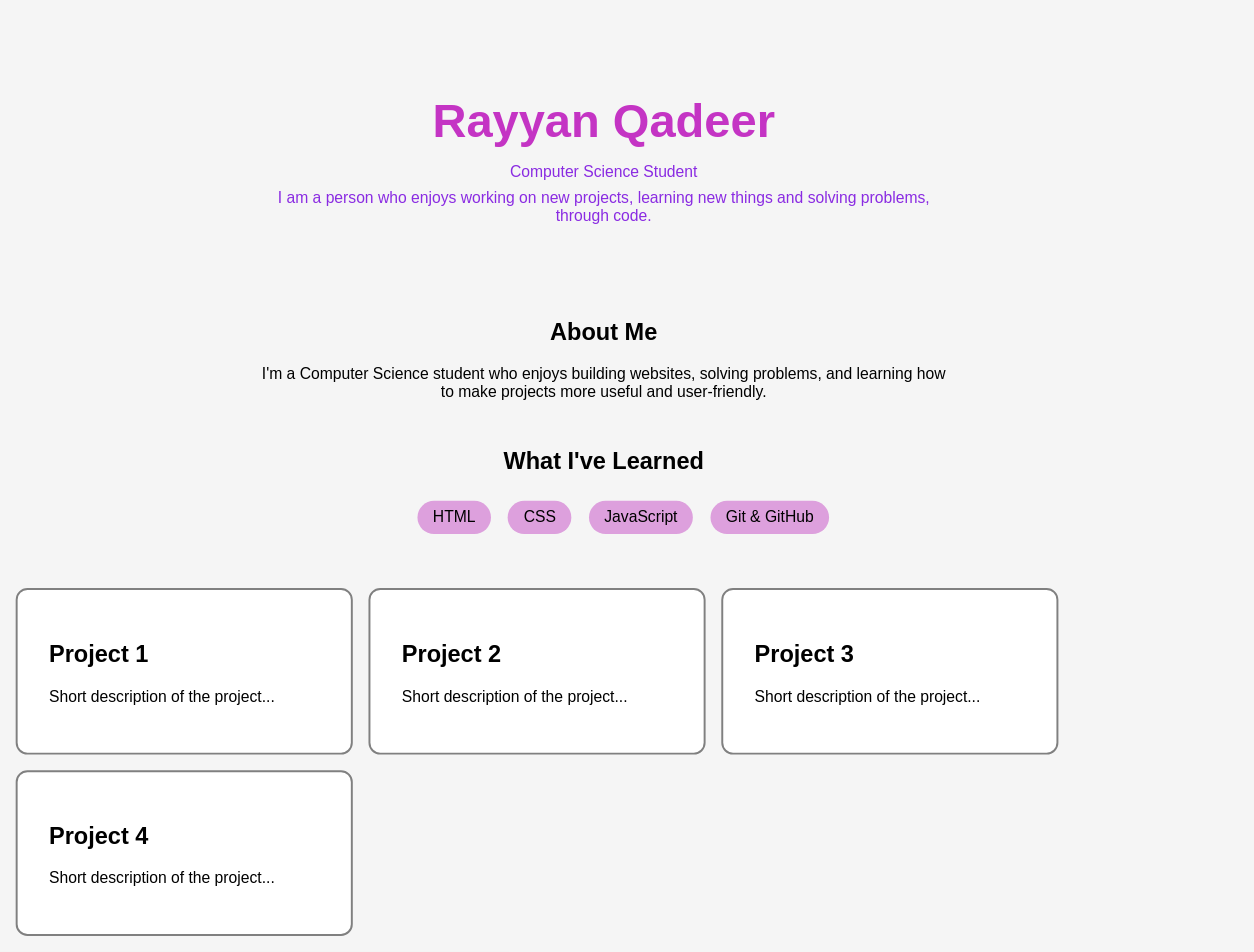
Repository: rayyan-qadeer/rayyan-qadeer
Page: index.html
These files come from the project's save history. The page is drawn as it stood at one moment and after a run of saves; the edit follows.
The browser window is 1280 px wide. The pictures show the whole page, at 98% of full size.

Above is the page before, as saved 2026-05-06 03:10:27.

### index.html
<!doctype html>
<html lang="en">
  <head>
    <meta charset="UTF-8" />
    <meta name="viewport" content="width=device-width, initial-scale=1.0" />
    <title>Rayyan Qadeer Portfolio</title>
    <link rel="stylesheet" href="./styles/globals.css" />
    <link rel="stylesheet" href="./styles/index.css" />
  </head>
  <body>
    <main>
      <header>
        <h1>Rayyan Qadeer</h1>
        <p class="subtitle">Computer Science Student</p>
        <p class="description">
          I am a person who enjoys working on new projects, learning new things and solving problems, through code.
        </p>
      </header>

      <section class ="about">
        <h2>About Me</h2>
        <p>I'm a Computer Science student who enjoys building websites, solving problems, and learning how to make projects more useful and user-friendly.
        </p>
      </section>

      <section class ="skills">
        <h2>What I've Learned</h2>
        <ul>
          <li>HTML</li>
          <li>CSS</li>
          <li>JavaScript</li>
          <li>Git & GitHub</li>
        </ul>
      </section>

      <section class="projects">
        <article class="card">
          <h2>Project 1</h2>
          <p>Short description of the project...</p>
        </article>

        <article class="card">
          <h2>Project 2</h2>
          <p>Short description of the project...</p>
        </article>

        <article class="card">
          <h2>Project 3</h2>
          <p>Short description of the project...</p>
        </article>

        <article class="card">
          <h2>Project 4</h2>
          <p>Short description of the project...</p>
        </article>
      </section>
    </main>
  </body>
</html>

### styles/globals.css
body {
    margin: 0rem;
    font-family: Arial, Helvetica, sans-serif;
    background-color: whitesmoke;
    color: black;
}

### styles/index.css
main {
  padding: 1rem;
  max-width: 1200px;
  margin: 0rem;
}

header {
  text-align: center;
  margin-bottom: 3rem;
  padding: 3rem 1rem;
}

header h1 {
  font-size: 3rem;
  margin-bottom: 0.5rem;
  color: rgb(196, 52, 196);
}

.subtitle {
  color: blueviolet;
  margin-bottom: 0.5rem;
}

.description {
  max-width: 43.75rem;
  margin: 0 auto;
  color: blueviolet;
}

.about,
.skills {
  text-align: center;
  max-width: 43.75rem;
  margin: 3rem auto;
}

.skills li {
  display: inline-block;
  margin: 0.4rem;
  padding: 0.5rem 1rem;
  background-color: plum;
  border-radius: 1.25rem;
}

.projects {
  display: flex;
  flex-direction: column;
  gap: 1rem;
}

.card {
  background-color: white;
  padding: 2rem;
  border-radius: 12px;
  border: 2px solid gray;
}

.card:hover {
  transform: translateY(-4px);
  background-color: plum;
}

@media (min-width: 768px) {
  .projects {
    flex-direction: row;
    flex-wrap: wrap;
  }

  .card {
    width: 48%;
  }
}

@media (min-width: 1024px) {
  .card {
    width: 23%;
  }
}

After the next 3 saves:
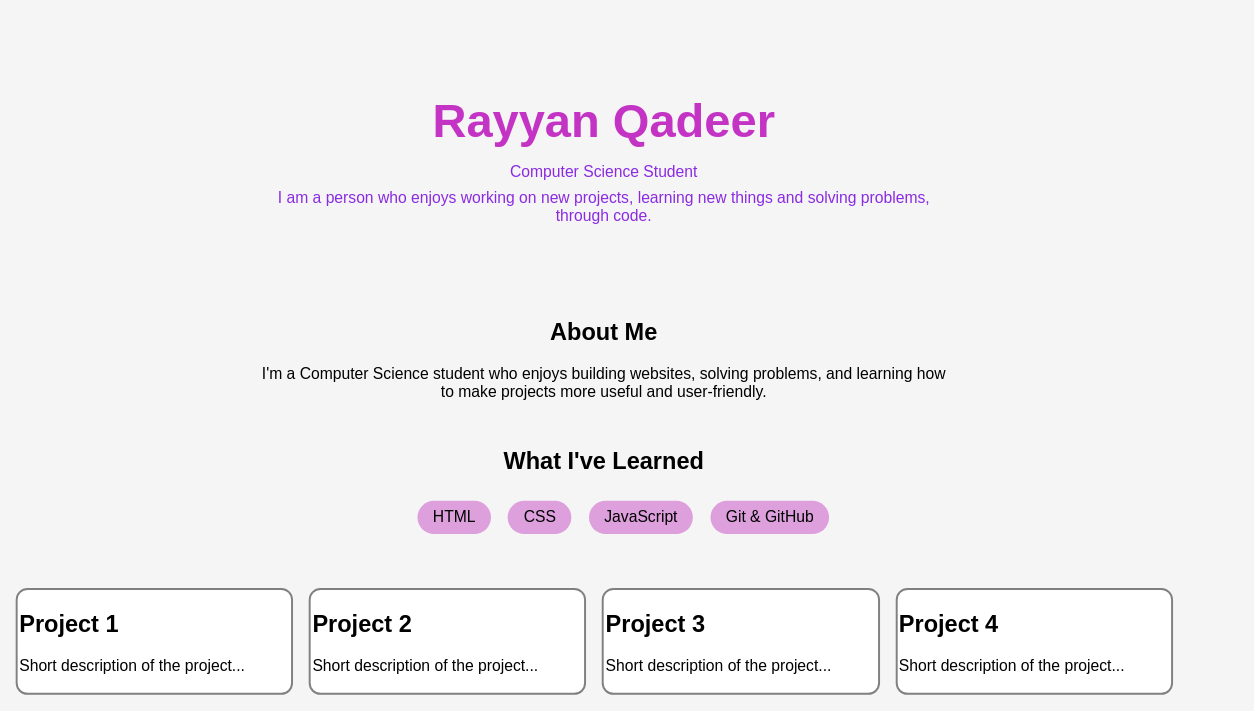
The 3 saves are shown as one change because they came seconds apart.
The last was saved 35 s later.
--- a/styles/index.css
+++ b/styles/index.css
@@ -50,7 +50,7 @@
 
 .card {
   background-color: white;
-  padding: 2rem;
+  padding: 0.1rem;
   border-radius: 12px;
   border: 2px solid gray;
 }

After the save that followed:
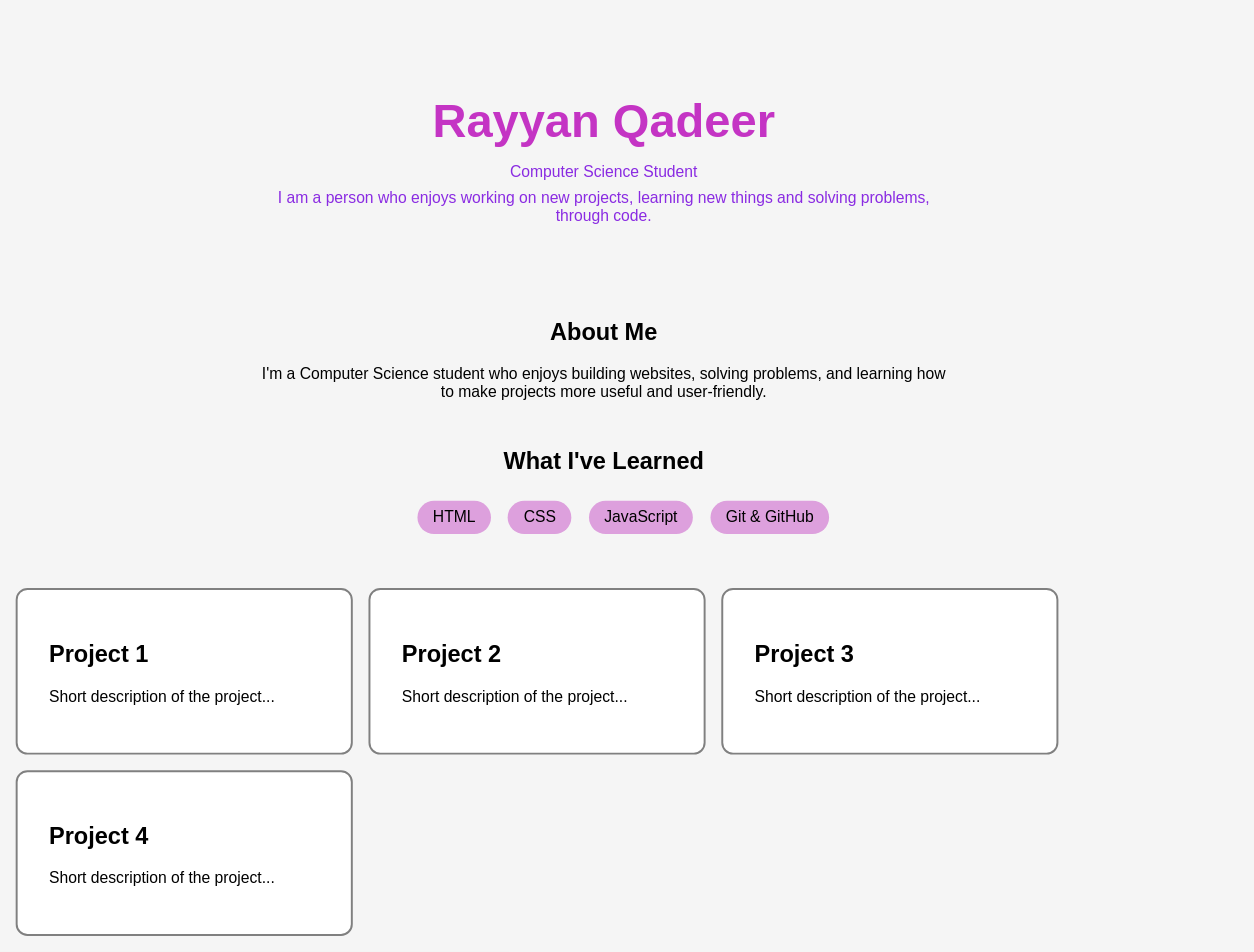
Saved 40 s later.
--- a/styles/index.css
+++ b/styles/index.css
@@ -50,7 +50,7 @@
 
 .card {
   background-color: white;
-  padding: 0.1rem;
+  padding: 2rem;
   border-radius: 12px;
   border: 2px solid gray;
 }
